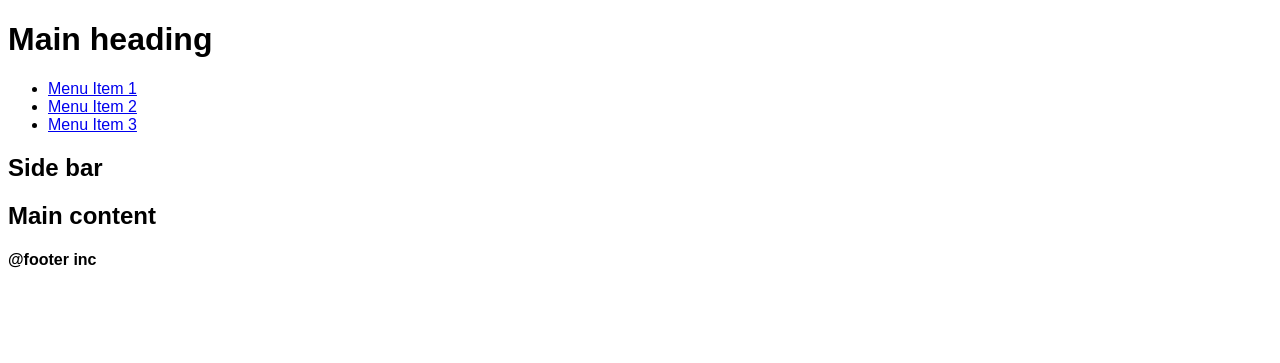
Repository: lasity34/first_layout
Page: index.html
These files come from the project's save history. The page is drawn as it stood at one moment and after the next save; the edit follows.
The browser window is 1280 px wide. The pictures show the whole page.

Above is the page before, as saved 2023-03-06 10:10:45.

### index.html
<!DOCTYPE html>
<html lang="en">
<head>
    <meta charset="UTF-8">
    <meta http-equiv="X-UA-Compatible" content="IE=edge">
    <meta name="viewport" content="width=device-width, initial-scale=1.0">
    <title>Document</title>
    <style>
        body {
            font-family: Arial, Helvetica, sans-serif;
        }
    </style>
</head>
<body>
    <div class="container">
        <div class="header">
            <h1>Main heading</h1>
            <ul class="menu">
                <li><a href="#">Menu Item 1</a></li>
                <li><a href="#">Menu Item 2</a></li>
                <li><a href="#">Menu Item 3</a></li>
            </ul>
        </div>
        <div class="main">
            <div class="side-bar">
                <h2>Side bar</h2>
            </div>
            <div class="content">
                <h2>Main content</h2>
            </div>
        </div>
        <div class="footer"><h4>@footer inc</h4></div>
    </div>
</body>
</html>

After the next save:
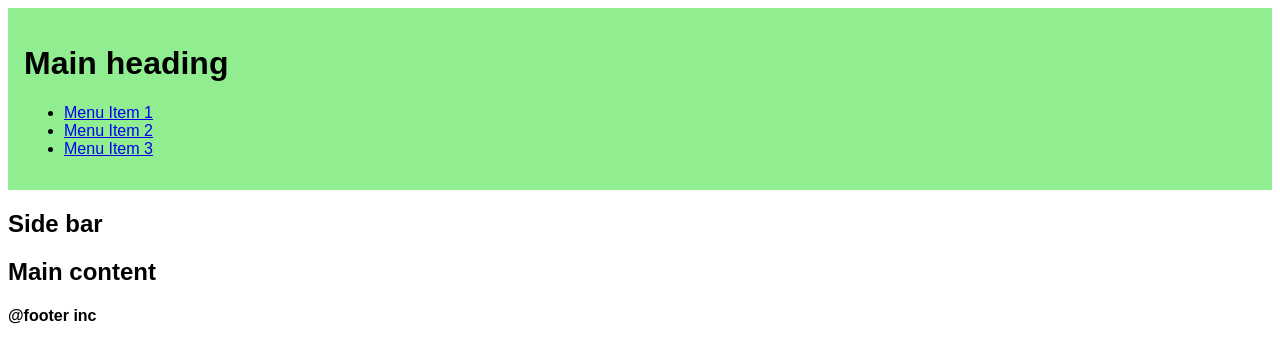
Saved 60 s later.
--- a/index.html
+++ b/index.html
@@ -8,6 +8,10 @@
     <style>
         body {
             font-family: Arial, Helvetica, sans-serif;
+        }
+        .header {
+            background-color: lightgreen;
+            padding: 1em;
         }
     </style>
 </head>
